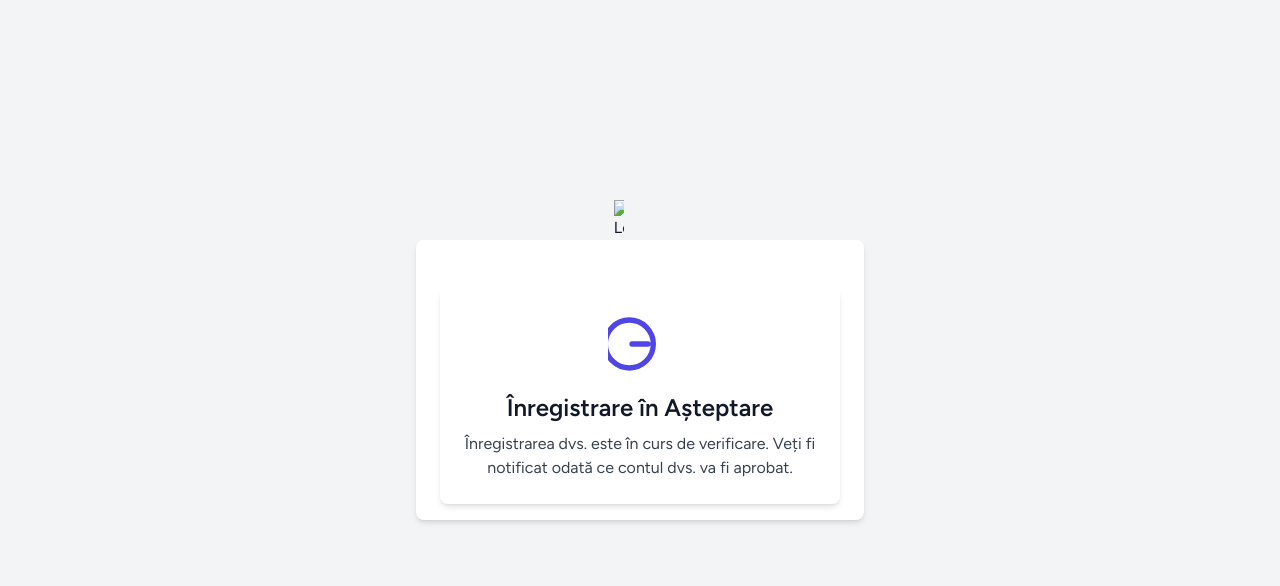
Repository: cosmin05072018/fantastic-events-manager
Page: http://localhost/registration/pending
An editor plug-in stored every save of this project. The page is shown before and after a run of saves, followed by the edit.
The browser window is 1280 px wide. The pictures show the whole page.
The page is served by the project's Laravel application, run on PHP 8.4 with Laravel 10. Style sheets and scripts are compiled from the project's sources, by tool versions that may differ from the author's.

Above is the page before, as saved 2024-11-03 20:32:23.

After the next 2 saves:
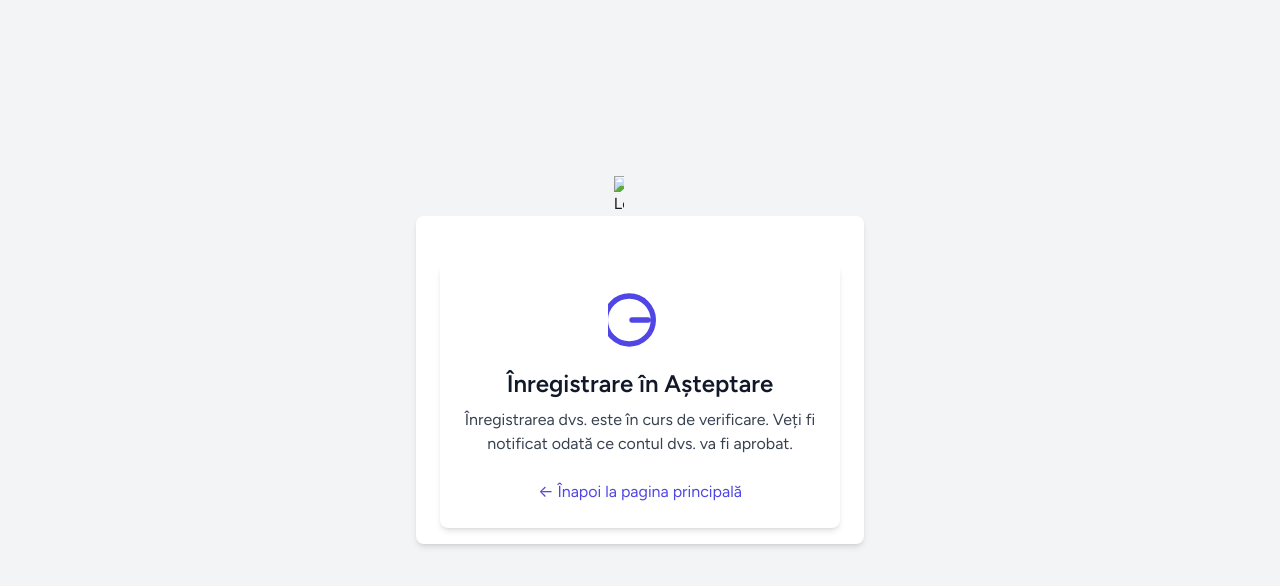
The 2 saves are shown as one change because 1 did not build or start.
The last was saved 2 min 14 s later.
--- a/resources/views/auth/pending.blade.php
+++ b/resources/views/auth/pending.blade.php
@@ -19,5 +19,11 @@
                 {{ session('status') }}
             </div>
         @endif
+
+        <div class="mt-6 text-center">
+            <a href="{{ route('dashboard') }}" class="text-indigo-600 dark:text-indigo-400 hover:underline">
+                &larr; Înapoi la pagina principală
+            </a>
+        </div>
     </div>
 </x-guest-layout>
